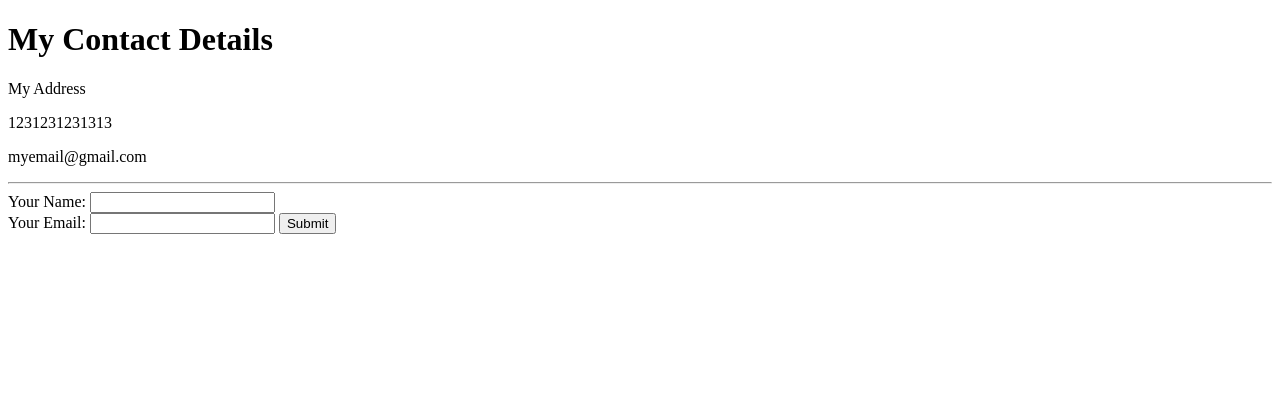
Repository: Isanderr/simple_landing_page-1
Page: contact.html
The author's editor kept a copy of each file at every save. The page is drawn from the files as they stood at one save, then again after the next save.
The browser window is 1280 px wide. The pictures show the whole page.

Above is the page before, as saved 2019-01-29 09:46:12.

After the next save:
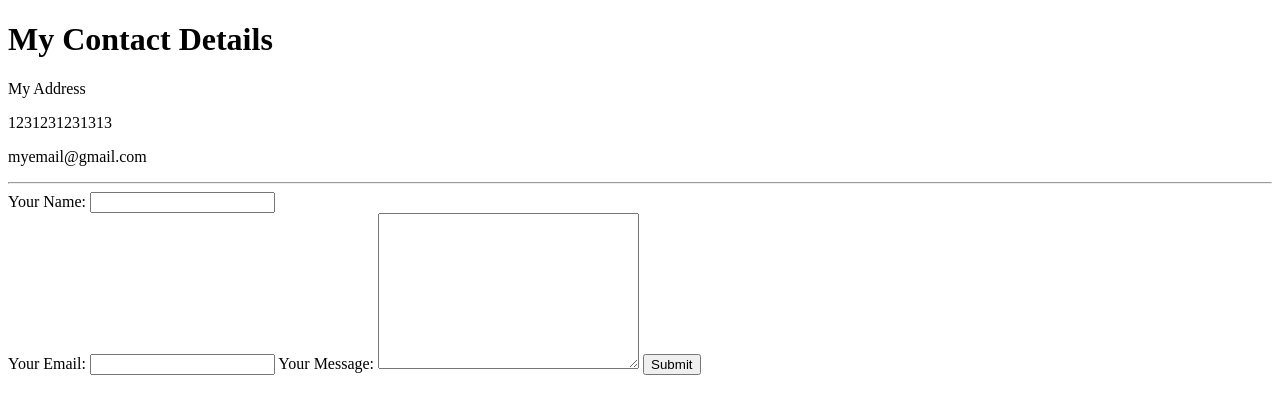
Saved 2 min 33 s later.
--- a/contact.html
+++ b/contact.html
@@ -18,7 +18,9 @@
             <label>Your Name:</label>
             <input type="text"><br>
             <label for="">Your Email:</label>
-            <input type="password">
+            <input type="email">
+            <label for="">Your Message:</label>
+            <textarea name="" id="" cols="30" rows="10"></textarea>
             <input type="submit">
         </form>
     </body>
